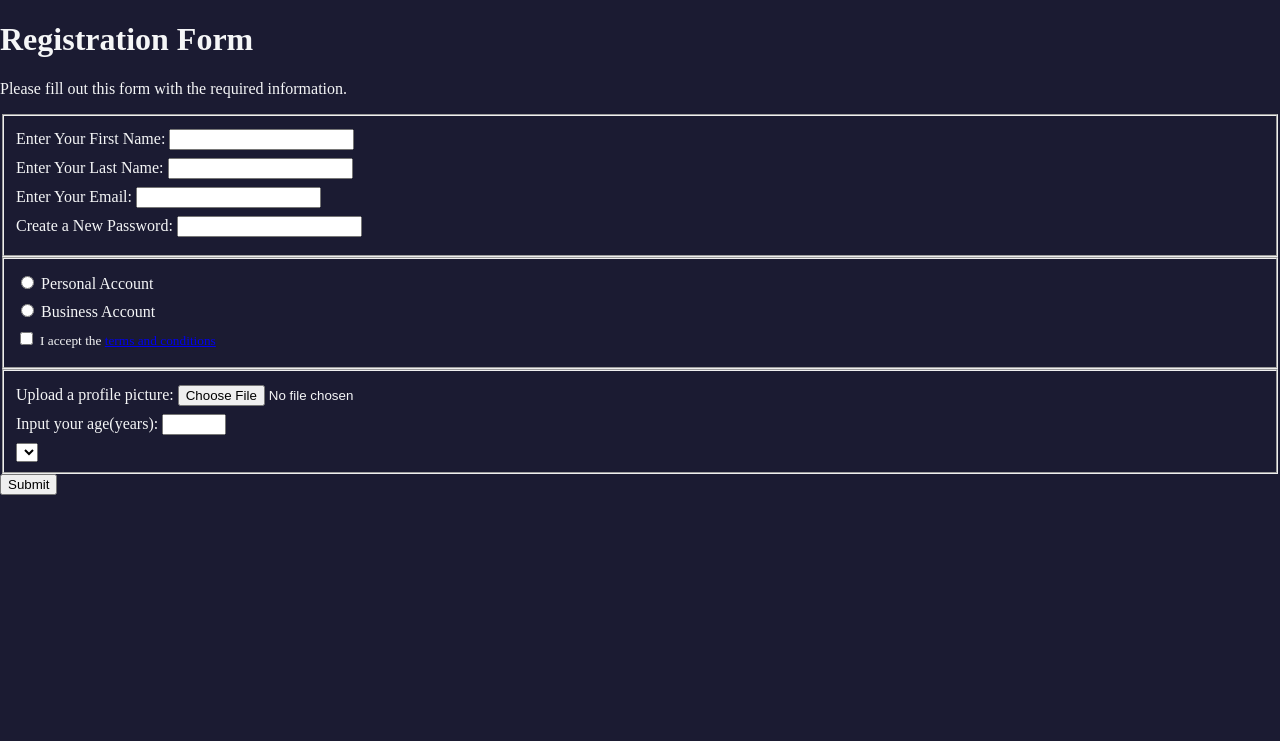
Repository: Lungdjos/registration_form
Page: index.html
These files come from the project's save history. The page is drawn as it stood at one moment and after a run of saves; the edit follows.
The browser window is 1280 px wide. The pictures show the whole page.

Above is the page before, as saved 2023-09-28 15:44:58.

### index.html
<!DOCTYPE html>
<html lang="en">

<head>
    <meta charset="UTF-8">
    <meta name="viewport" content="width=device-width, initial-scale=1.0">
    <title>Registration Form</title>
    <link rel="stylesheet" href="indexStyles.css">
</head>

<body>
    <h1>Registration Form</h1>
    <p>Please fill out this form with the required information.</p>
    <form action="https://register-demo.freecodecamp.org" method="post">
        <fieldset>
            <label for="first-name">Enter Your First Name: <input type="text" id="first-name" required> </label>
            <label for="last-name">Enter Your Last Name: <input type="text" id="last-name" required> </label>
            <label for="email">Enter Your Email: <input type="email" id="email" required> </label>
            <label for="new-password">Create a New Password: <input type="password" id="new-password" pattern="[A-Za-z0-9]{8,}" minlength="8" required> </label>
        </fieldset>
        <fieldset>
            <label for="personal-account"> <input type="radio" name="account-type" id="personal-account"> Personal Account</label>
            <label for="business-account"> <input type="radio" name="account-type" id="business-account"> Business Account</label>
            <label for="terms-and-conditions"> <input type="checkbox" name="" id="terms-and-conditions" required> <small>I accept the <a href="https://www.freecodecamp.org/news/terms-of-service/">terms and conditions</a> </small> </label>
        </fieldset>
        <fieldset>
            <label for="profile-pic">Upload a profile picture: <input type="file" name="" id="profile-pic"></label>
            <label for="age">Input your age(years): <input type="number" name="" id="" min="13" max="100"> </label>

            <label for=""></label><select name="" id="">
                <option value=""></option>
                <option value=""></option>
                <option value=""></option>
                <option value=""></option>
                <option value=""></option>
            </select>
        </fieldset>
        <input type="submit" value="Submit" name="" id="">
    </form>
</body>

</html>

### indexStyles.css
/* CSS for the Registration Form */

body {
    width: 100%;
    height: 100vh;
    /* will need to set the value to */
    margin: auto;
    background-color: #1b1b32;
    color: #f5f6f7;
}

label {
    display: block;
    margin: .5rem 0;
}

After the next 2 saves:
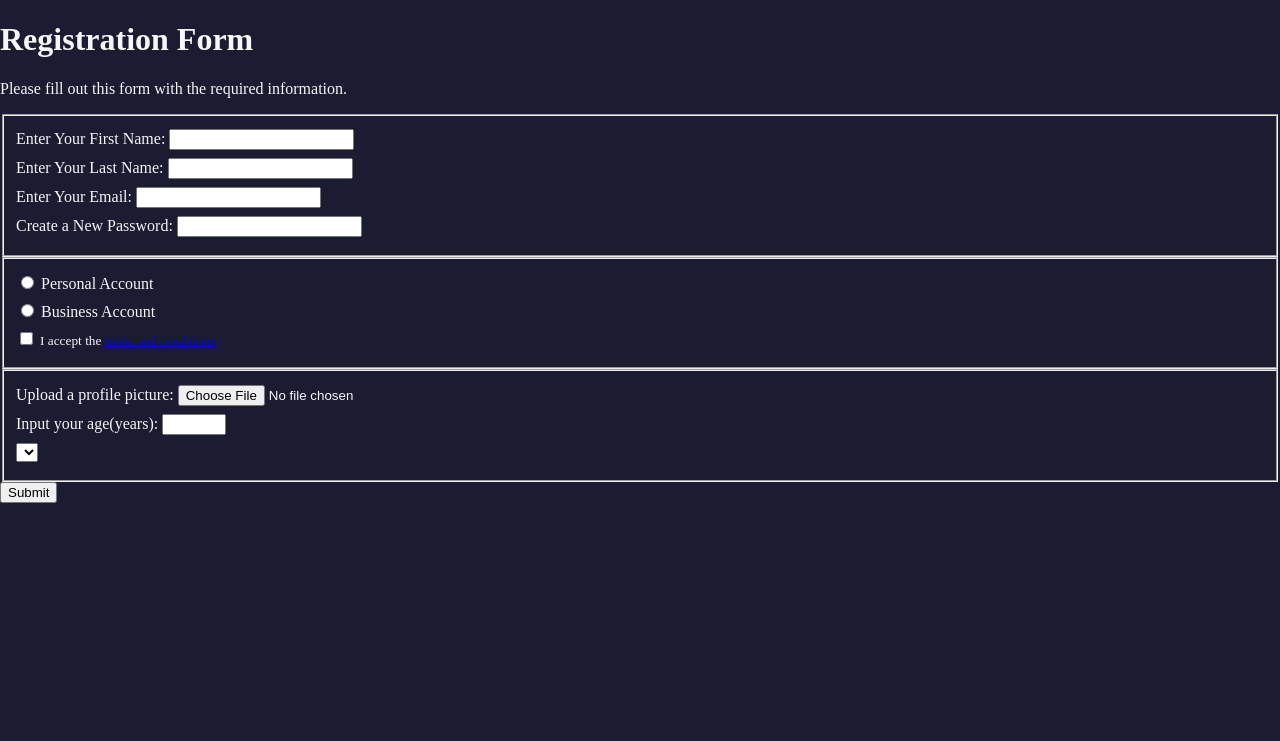
The 2 saves are shown as one change because they came seconds apart.
The last was saved 15 s later.
--- a/index.html
+++ b/index.html
@@ -27,13 +27,14 @@
             <label for="profile-pic">Upload a profile picture: <input type="file" name="" id="profile-pic"></label>
             <label for="age">Input your age(years): <input type="number" name="" id="" min="13" max="100"> </label>
 
-            <label for=""></label><select name="" id="">
+            <label for="">
+                <select name="" id="">
                 <option value=""></option>
                 <option value=""></option>
                 <option value=""></option>
                 <option value=""></option>
                 <option value=""></option>
-            </select>
+            </select></label>
         </fieldset>
         <input type="submit" value="Submit" name="" id="">
     </form>
